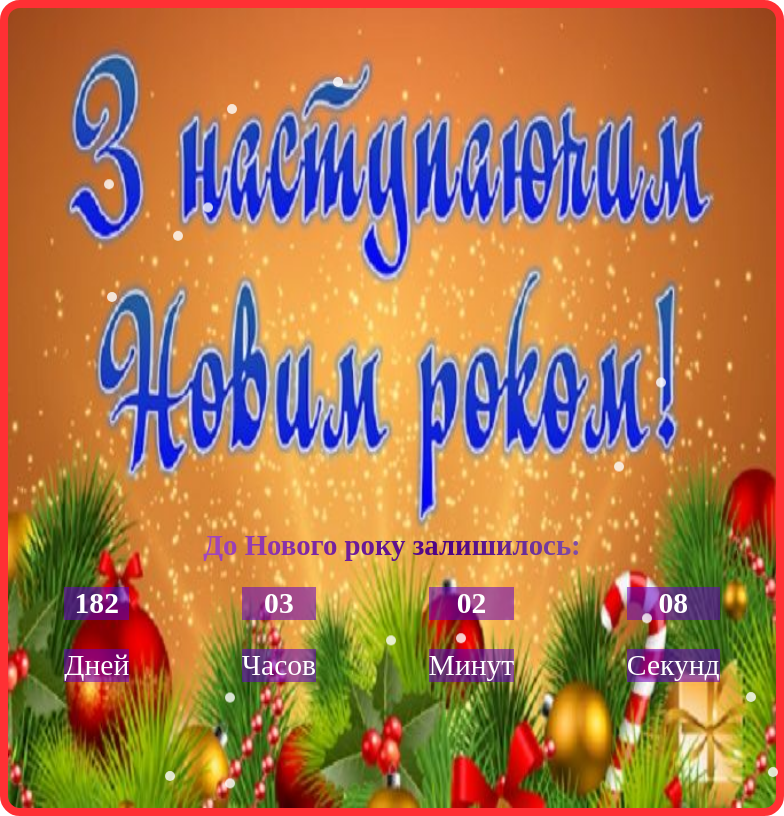
Repository: KonstantinKhamilov/JavaScript11-new-year
Page: index.html
An editor plug-in stored every save of this project. The page is shown before and after the next save, followed by the edit.
The browser window is 768 px wide. The page is 784 px wide, so the pictures cover 784 px, including what lies to the right of the window. The pictures show the whole page.

Above is the page before, as saved 2024-12-29 21:20:17.

### index.html
<!DOCTYPE html>
<html lang="en">
    <head>
        <title>JavaScript11</title>

        <meta charset="utf-8">
        <meta http-equiv="X-UA-Compatible" content="IE=edge">
        <meta name="description" lang="ru" content="Стили css">
        <meta name="author" content="Константин">
        <meta name="keywords" content="Программирование, уроки JavaScript">
        <meta name="robots" content="all">
        <meta name="viewport" content="width=device-width, initial-scale=1.0">
        <link rel="stylesheet" href="newYear.css" type="text/css">
</head>

<body>
   <!--
     <h1><u>Задание 1</u></h1>
    <p>Необходимо реализовать функцию, описывающую окружность.В функции должны быть следующие компоненты:</p>
<ul type="disk">
    <li>поле, хранящее радиус окружности;</li>
    <li>get-свойство, возвращающее радиус окружности;</li>
    <li>set-свойство, устанавливающее радиус окружности;</li>
    <li>get-свойство, возвращающее диаметр окружности;</li>
    <li>метод, вычисляющий площадь окружности;</li>
    <li>метод, вычисляющий длину окружности.</li>
</ul>
       <p>Продемонстрируйте работу свойств и методов.</p>
       <p>Введите радиус окружности: </p>
       <input type="text" id="rad">
        <button onclick="showResults()">Показать результаты</button>
        <p id="output"></p>

          <h1><u>Задание 2</u></h1>
          <p>Реализуйте функцию, которая описывает css класс.функция CssClass должна содержать внутри себя:</p>
          <ul type="square">
<li>название css класса;</li>
<li>массив стилей;</li>
<li>метод для установки стиля;</li>
<li>метод для удаления стиля;</li>
<li>метод getCss(), который возвращает css код в виде строки.</li>
          </ul>

          <p>Введите название класса:</p>
    <input type="text" id="class" />
    <button onclick="showCSS()">Показать результат генерации</button>
    <p id="output1"></p>

    <p>Добавить стиль:</p>
    <input type="text" id="add-style" />
    <button onclick="addStyle()">Добавить</button>

    <p>Удалить стиль:</p>
    <input type="text" id="remove-style" />
    <button onclick="removeStyle()">Удалить</button>

  <h1><u>Задание 3</u></h1>
  <p>
    Рассчитайте, сколько дней, часов, минут и секунд осталось до Нового года. Выведите эти значения красиво,
    методом document.write() или другим с тегами -p- и
    -span- и классами для них. Стили можно записать в отдельном css-файле. Если одно из чисел будет меньше 10,
    то его нужно вывести с ведущим 0, например, так:
    Сделайте свой скрипт универсальным, задав дату следующего Нового года относительно текущей даты с помощью методов объекта Date.
  </p>
  <p>Пример вывода результата задания:</p>
<img src="D:\Full Stack\Модуль\JavaScript\JavaScript11\Безымянный1.png" alt="time">
-->
<div class="box" >
  <ol class="maintext">
    <li class="text">До Нового року залишилось:</li>
   <li class="count">

<ol class="time">
  <li class="timer"><h2 id="day">00</h2><p>Дней</p></li>
  <li class="timer"><h2 id="hrs">00</h2><p>Часов</p></li>
  <li class="timer"><h2 id="min">00</h2><p>Минут</p></li>
  <li class="timer"><h2 id="sec">00</h2><p>Секунд</p></li>
</ol>
  </li>
  </ol>
</div>

    <script>


/*
        //1
function Circle(radius) {
  // Сохранение значения радиуса в свойстве объекта
  this.radius = radius;
  // Определение get-свойства для получения значения радиуса
  Object.defineProperty(this, 'radius', {
    get: function() {
      // Возвращение значения радиуса
      return radius;
    },
    // Определение set-свойства для установки значения радиуса
    set: function(value) {
      // Проверка на корректность значения радиуса
      if (value <= 0) throw new Error('Invalid radius');
      // Установка нового значения радиуса
      radius = value;
    }
  });

  // Определение get-свойства для получения значения диаметра окружности
  Object.defineProperty(this, 'diameter', {
    get: function() {
      // Возвращение значения диаметра, равного удвоенному радиусу
      return 2 * radius;
    }
  });

  // Определение метода для вычисления площади окружности
  this.area = function() {
    // Возвращение площади окружности, вычисленной как произведение числа Пи на квадрат радиуса
    return Math.PI * Math.pow(radius, 2);
  }

  // Определение метода для вычисления длины окружности
  this.circumference = function() {
    // Возвращение длины окружности, вычисленной как произведение числа Пи на удвоенный радиус
    return 2 * Math.PI * radius;
  }
}

function showResults() {
    let input = document.getElementById("rad").value;
    let circle = new Circle(input);
    let output = 'Радиус: ' + circle.radius + '<br>';
    output += 'Диаметр: ' + circle.diameter + '<br>';
    output += 'Площадь: ' + circle.area() + '<br>';
    output += 'Длинна окружности: ' + circle.circumference();
    document.getElementById("output").innerHTML = output;
  }

  //2

      // Определение функции CssClass, которая принимает название CSS класса в качестве аргумента
      function CssClass(className) {
        // Сохранение значения названия CSS класса в свойстве объекта
        this.className = className;
        // Создание пустого массива для хранения стилей CSS класса
        this.styles = [];

        // Определение метода setStyle для добавления нового стиля в массив стилей
        this.setStyle = function(style) {
          // Добавление нового стиля в конец массива стилей
          this.styles.push(style);
        }

        // Определение метода removeStyle для удаления существующего стиля из массива стилей
        this.removeStyle = function(style) {
          // Поиск индекса указанного стиля в массиве стилей
          let index = this.styles.indexOf(style);
          // Если стиль найден в массиве
          if (index !== -1) {
            // Удаление стиля из массива по найденному индексу
            this.styles.splice(index, 1);
          }
        }

        // Определение метода getCss для генерации CSS кода класса в виде строки
        this.getCss = function() {
          // Создание строки с селектором CSS класса и открывающей скобкой
          let cssString = '.' + this.className + ' {\n';
          // Цикл по всем стилям в массиве стилей
          for (let i = 0; i < this.styles.length; i++) {
            // Добавление очередного стиля в строку с отступом и точкой с запятой
            cssString += '  ' + this.styles[i] + ';\n';
          }
          // Добавление закрывающей скобки в конец строки
          cssString += '}';
          // Возвращение сгенерированной строки с CSS кодом класса
          return cssString;
        }
      }
      let myClass;

      function showCSS() {
        // Получение значения из элемента input с id 'class'
        let className = document.getElementById('class').value;
        // Создание нового объекта CssClass с названием класса из элемента input
        myClass = new CssClass(className);
        // Добавление стиля 'color: red' в массив стилей класса
        myClass.setStyle('color: red');
        // Добавление стиля 'font-size: 16px' в массив стилей класса
        myClass.setStyle('font-size: 16px');
        // Вывод сгенерированного CSS кода класса в элемент p с id 'output'
        document.getElementById('output1').innerHTML = myClass.getCss();
      }

      function addStyle() {
        if (!myClass) {
          alert('Сначала нажмите кнопку "Показать результат генерации"');
          return;
        }
        // Получение значения из элемента input с id 'add-style'
        let style = document.getElementById('add-style').value;
        // Добавление стиля в массив стилей класса
        myClass.setStyle(style);
        // Вывод обновленного CSS кода класса в элемент p с id 'output'
        document.getElementById('output1').innerHTML = myClass.getCss();
      }

      function removeStyle() {
        if (!myClass) {
          alert('Сначала нажмите кнопку "Показать результат генерации"');
          return;
        }
        // Получение значения из элемента input с id 'remove-style'
        let style = document.getElementById('remove-style').value;
        // Удаление стиля из массива стилей класса
        myClass.removeStyle(style);
        // Вывод обновленного CSS кода класса в элемент p с id 'output'
        document.getElementById('output1').innerHTML = myClass.getCss();
      }
      */

//3
const snowContainer = document.querySelector('.box');

function createSnowflake() {
    const snowflake = document.createElement('div');
    snowflake.classList.add('snowflake');

    // Устанавливаем случайную позицию по горизонтали
    snowflake.style.left = Math.random() * 100 + 'vw';

    // Устанавливаем случайную скорость падения
    snowflake.style.animationDuration = Math.random() * 3 + 2 + 's'; // от 2 до 5 секунд

    // Добавляем снежинку в контейнер
    snowContainer.appendChild(snowflake);

    // Удаляем снежинку после завершения анимации
    setTimeout(() => {
        snowflake.remove();
    }, 5000); // Время должно соответствовать времени падения
}

// Создаем снежинки каждые 300 мс
setInterval(createSnowflake, 300);
const day = document.getElementById('day');
const hrs = document.getElementById('hrs');
const min = document.getElementById('min');
const sec = document.getElementById('sec');
const currentYear = new Date().getFullYear();

const newYear = new Date (`1 Jan ${currentYear + 1} 00:00:00`);

function countdownDate(){
const today = Date.now()
const gap = newYear - today;
let d = Math.floor(gap/1000/60/60/24);
let h = Math.floor((gap/1000/60/60)%24);
let m = Math.floor((gap/1000/60)%60);
let s = Math.floor((gap/1000)%60);

day.innerHTML = d<10 ? '0' + d : d;
hrs.innerHTML = h<10 ? '0' + h : h;
min.innerHTML = m<10 ? '0' + m : m;
sec.innerHTML = s<10 ? '0' + s : s;
}
setInterval(countdownDate,1000);
    </script>
</body>
</html>

### newYear.css
body {
  margin: 0;
  padding: 0;
  overflow: hidden;
}

@keyframes rainbow {
  0% {
    background-position: 0%;
  }
  100% {
    background-position: 100%;
  }
}

.snowflake {
  position: absolute;
  top: -10px; /* Начальная позиция снега */
  background: white; /* Цвет снега */
  border-radius: 50%; /* Круглая форма */
  opacity: 0.8; /* Прозрачность снега */
  animation: fall linear infinite; /* Анимация падения */
  width: 10px; /* Размер снежинки */
  height: 10px; /* Размер снежинки */
}

@keyframes fall {
  0% {
    transform: translateY(0); /* Начальная позиция */
  }
  100% {
    transform: translateY(100vh); /* Конечная позиция */
  }
}

@media screen and (min-width: 320px) {
  .box {
    display: block;
    text-align: end;
    background-image: url("z_nastupauschim_ng_4.jpg");
    background-repeat: no-repeat;
    background-size: 100% 100%;
    border: solid 8px;
    border-radius: 20px;
    border-color: rgb(255, 48, 52);
    height: 100vh;
    width: 100vw;
    position: relative; /* Добавлено для позиционирования */
  }

  ol {
    list-style-type: none;
    margin: auto;
    padding: 0px;
  }

  .maintext {
    display: flex;
    flex-direction: column;
    justify-content: space-between;
    padding: 100% 0px 0px 0px;
    position: absolute;
    bottom: 12%;
    width: 100%;
  }

  .text {
    color: rgb(4, 69, 131);
    font-family: cursive;
    font-weight: bold;
    font-size: 1.8em;
    text-align: center;
    background: linear-gradient(
      270deg,
      red,
      orange,
      yellow,
      green,
      blue,
      white,
      indigo,
      violet
    );
    background-size: 400%; /* Увеличиваем размер фона для анимации */
    -webkit-background-clip: text; /* Обрезаем фон по тексту */
    -webkit-text-fill-color: transparent; /* Делаем цвет текста прозрачным */
    animation: rainbow 3.5s linear infinite;
  }

  .time {
    display: flex;
    flex-direction: row;
    justify-content: space-around;
    width: 100%;
  }

  h2 {
    color: white;
    font-size: 1em;
  }

  .timer > p,
  .timer > #day,
  .timer > #hrs,
  .timer > #min,
  .timer > #sec {
    color: white;
    background-color: rgb(102, 2, 196, 0.55);
    font-size: 1em;
    text-align: center;
  }
}

@media screen and (min-width: 426px) and (max-width: 768px) {
  .timer > p,
  .timer > #day,
  .timer > #hrs,
  .timer > #min,
  .timer > #sec {
    font-size: 1.85em;
  }
  h2 {
    font-size: 2em;
  }
  text {
    font-size: 3.5em;
  }
}

After the next save:
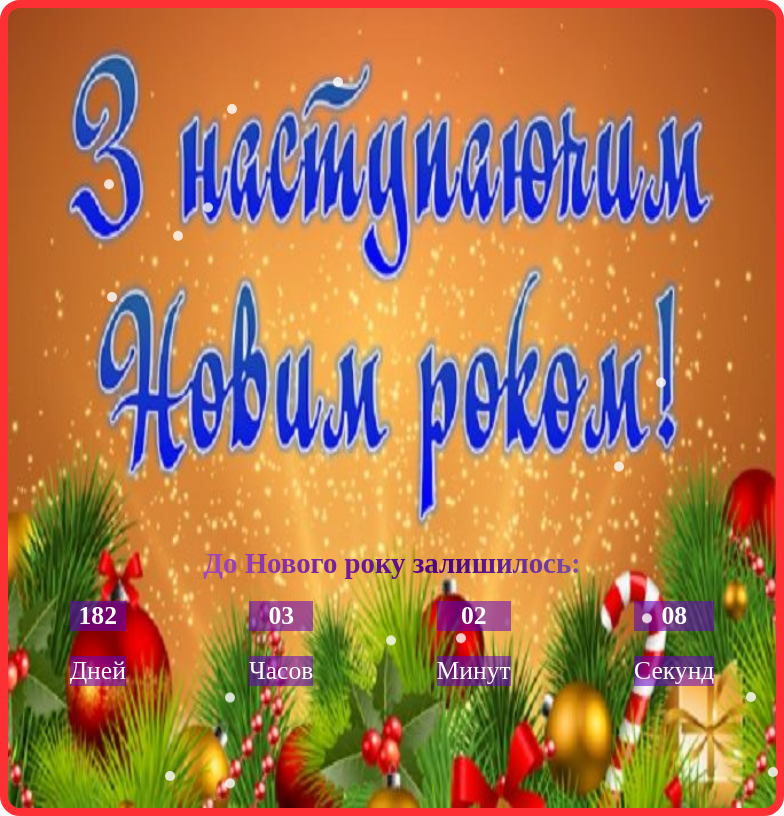
Saved 19 s later.
--- a/newYear.css
+++ b/newYear.css
@@ -117,7 +117,7 @@ body {
   .timer > #hrs,
   .timer > #min,
   .timer > #sec {
-    font-size: 1.85em;
+    font-size: 1.6em;
   }
   h2 {
     font-size: 2em;
